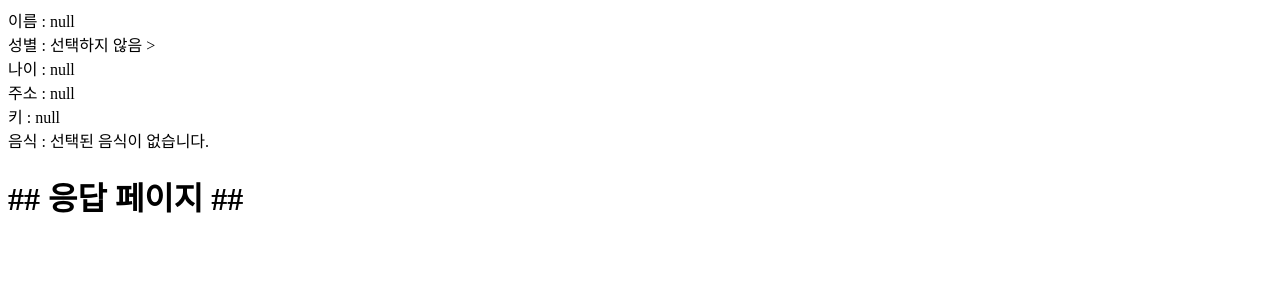
Repository: kkh1396/kh_front
Page: http://localhost/1.servlet/views/responsePage.jsp
An editor plug-in stored every save of this project. The page is shown before and after the next save, followed by the edit.
The browser window is 1280 px wide. The pictures show the whole page.
The page is served by Tomcat 9. Other server files are loaded and not shown. The template is opened directly, without the code that normally fills it, so the values that code supplies are empty.

Above is the page before, as saved 2025-03-19 06:33:00.

### 05_server/1.servlet/src/main/webapp/views/responsePage.jsp
<%@ page language="java" contentType="text/html; charset=UTF-8"
    pageEncoding="UTF-8"%>
<!DOCTYPE html>
<html>
<head>
<meta charset="UTF-8">
<title>응답용 페이지</title>
</head>
<body>

	<!-- HTML 주석 -->
	<%-- jsp 주석 --%>
	<%-- 자바 코드 작성하기 --%>
	<%
	   //System.out.println("hi! jsp");
	   // * 스크립틀릿 (sciptlet) : HTML문서 내에서 JAVA코드를
	   //   작성할수 있는 영역

	   // * 서블릿을 통해 전달된 데이터를 추출
	   String name = (String)request.getAttribute("name");
	   String gender  = (String)request.getAttribute("gender");
	   String age =  (String)request.getAttribute("age");
	   String address = (String)request.getAttribute("address");
	   String height =  (String)request.getAttribute("height");
	   String[] foods = (String[])request.getAttribute("foods");
	%>

	<%-- 변수의 값을 화면상에 출력하고자 할 때, %=변수명 형태로 작성한다 --%>
	이름 : <span><%= name %></span> <br>
	성별 :
	<% if (gender == null) { %>
	    선택하지 않음
	<% } else {%>
	     <span><%= gender %></span>

	 <% } %>>
	     <br>
	나이 : <span><%= age %></span> <br>
	주소 : <span><%= address %></span> <br>
	키 : <span><%= height %></span> <br>
	음식 :
		<% if (foods == null) { %>
		    선택된 음식이 없습니다.
		<% } else { %>
			<ol>
			<% for (String f : foods) { %>

		      <li> <%= f %> </li>

			<% } %>
			</ol>
		<% } %>


 	<h1>## 응답 페이지 ##</h1>
</body>
</html>

After the next save:
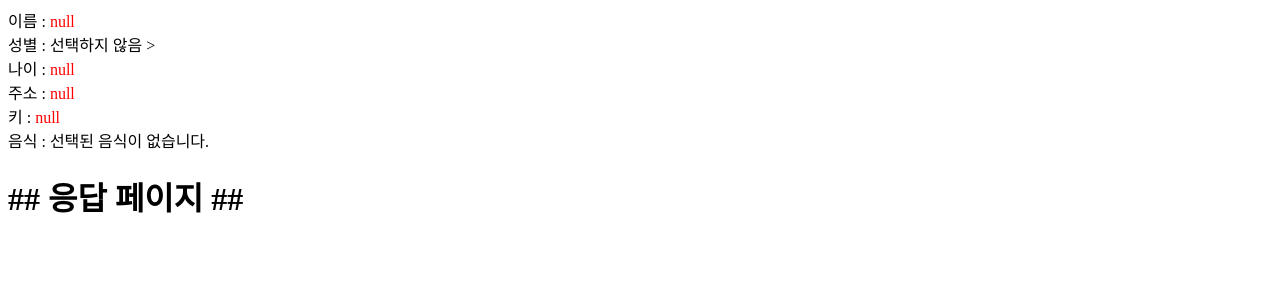
Saved 26 s later.
--- a/05_server/1.servlet/src/main/webapp/views/responsePage.jsp
+++ b/05_server/1.servlet/src/main/webapp/views/responsePage.jsp
@@ -5,6 +5,10 @@
 <head>
 <meta charset="UTF-8">
 <title>응답용 페이지</title>
+
+   <style >
+     span {color : red}
+   </style>
 </head>
 <body>
 
